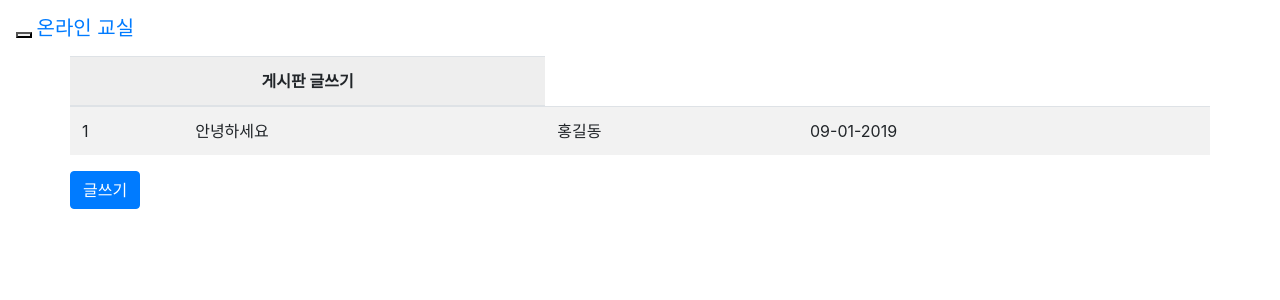
Repository: Munro-L/I-spy-oT__cuHacking-2019
Page: http://localhost/BBS/write.jsp
The author's editor kept a copy of each file at every save. The page is drawn from the files as they stood at one save, then again after the next save.
The browser window is 1280 px wide. The pictures show the whole page.
The page is served by Tomcat 9.

Above is the page before, as saved 2019-02-02 04:17:12.

After the next save:
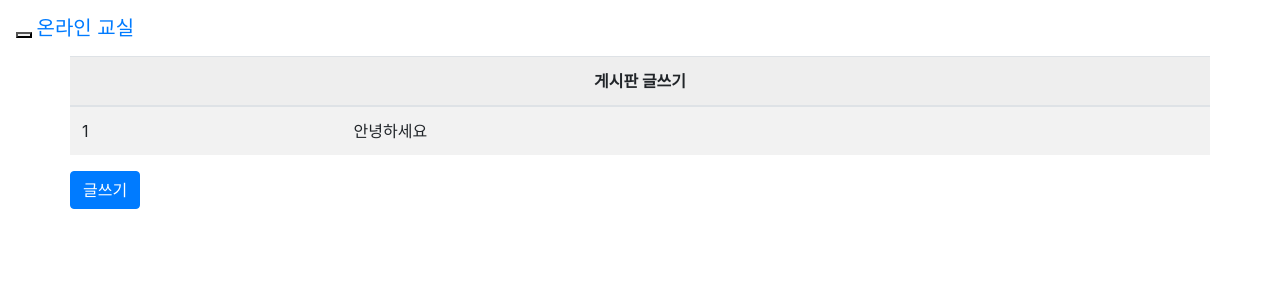
Saved 29 s later.
--- a/BBS-master/projects/BBS/WebContent/write.jsp
+++ b/BBS-master/projects/BBS/WebContent/write.jsp
@@ -79,8 +79,6 @@
 						<tr>
 							<td>1</td>
 							<td>안녕하세요</td>
-							<td>홍길동</td>
-							<td>09-01-2019</td>
 						</tr>
 					</tbody>
 				</table>
